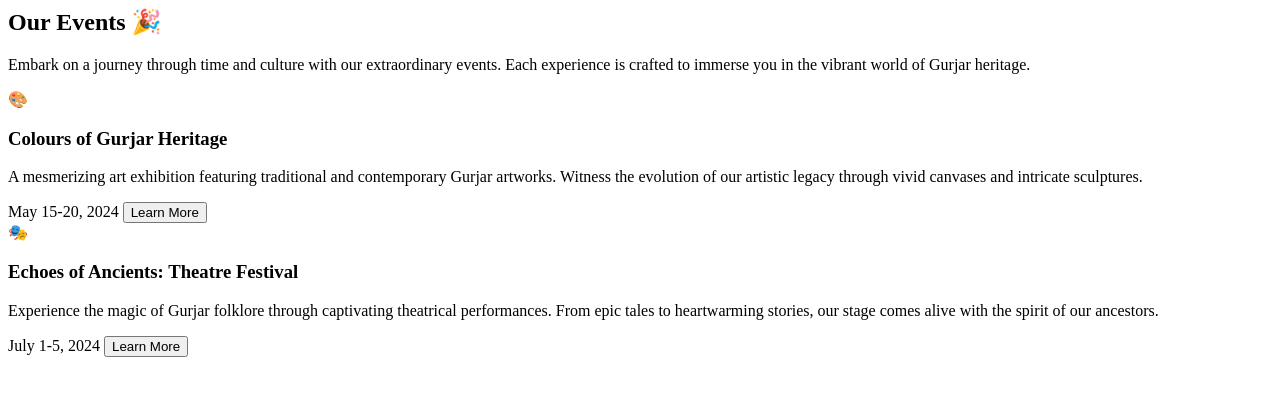
Repository: thegurjararyan/website-master
Page: components/events/events.html
These files come from the project's save history. The page is drawn as it stood at one moment and after the next save; the edit follows.
The browser window is 1280 px wide. The pictures show the whole page.

Above is the page before, as saved 2024-10-15 23:43:55.

After the next save:
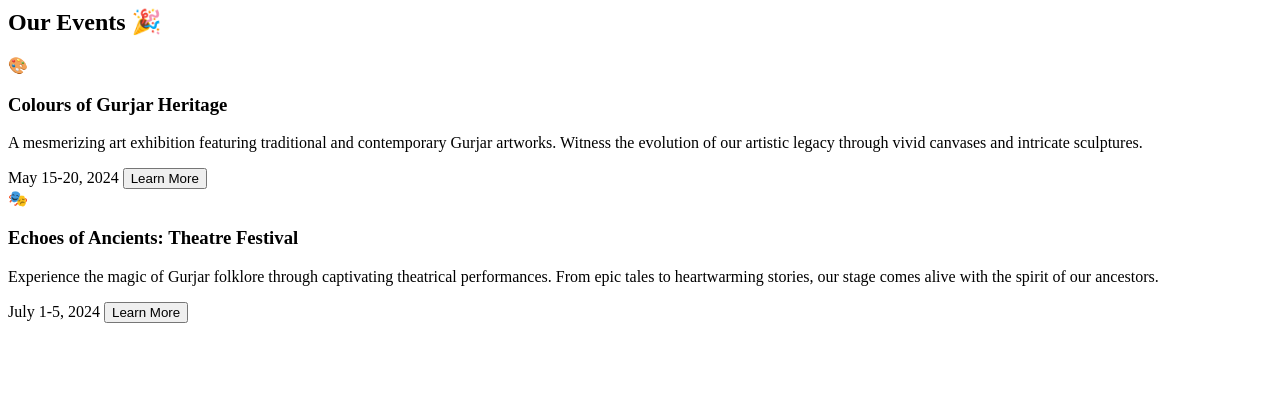
Saved 5 min 3 s later.
--- a/components/events/events.html
+++ b/components/events/events.html
@@ -1,23 +1,23 @@
 <section id="events" class="events-section">
+    <div class="background-animation"></div>
     <h2>Our Events 🎉</h2>
-    <p class="text-base md:text-lg lg:text-xl mb-12 max-w-3xl mx-auto">Embark on a journey through time and culture with our extraordinary events. Each experience is crafted to immerse you in the vibrant world of Gurjar heritage.</p>
     <div class="timeline">
-        <div class="timeline-item left">
+        <div class="timeline-item">
             <div class="icon">🎨</div>
             <div class="content">
                 <h3>Colours of Gurjar Heritage</h3>
                 <p>A mesmerizing art exhibition featuring traditional and contemporary Gurjar artworks. Witness the evolution of our artistic legacy through vivid canvases and intricate sculptures.</p>
-                <span class="text-sm text-gray-600">May 15-20, 2024</span>
-                <button class="mt-4 bg-primary-color text-black px-4 py-2 rounded" onclick="openModal('Colours of Gurjar Heritage', 'Detailed information about Colours of Gurjar Heritage.')">Learn More</button>
+                <span>May 15-20, 2024</span>
+                <button onclick="openModal('Colours of Gurjar Heritage', 'Detailed information about Colours of Gurjar Heritage.')">Learn More</button>
             </div>
         </div>
-        <div class="timeline-item right">
+        <div class="timeline-item">
             <div class="icon">🎭</div>
             <div class="content">
                 <h3>Echoes of Ancients: Theatre Festival</h3>
                 <p>Experience the magic of Gurjar folklore through captivating theatrical performances. From epic tales to heartwarming stories, our stage comes alive with the spirit of our ancestors.</p>
-                <span class="text-sm text-gray-600">July 1-5, 2024</span>
-                <button class="mt-4 bg-primary-color text-black px-4 py-2 rounded" onclick="openModal('Echoes of Ancients: Theatre Festival', 'Detailed information about Echoes of Ancients: Theatre Festival.')">Learn More</button>
+                <span>July 1-5, 2024</span>
+                <button onclick="openModal('Echoes of Ancients: Theatre Festival', 'Detailed information about Echoes of Ancients: Theatre Festival.')">Learn More</button>
             </div>
         </div>
         <!-- Add more timeline items as needed -->
